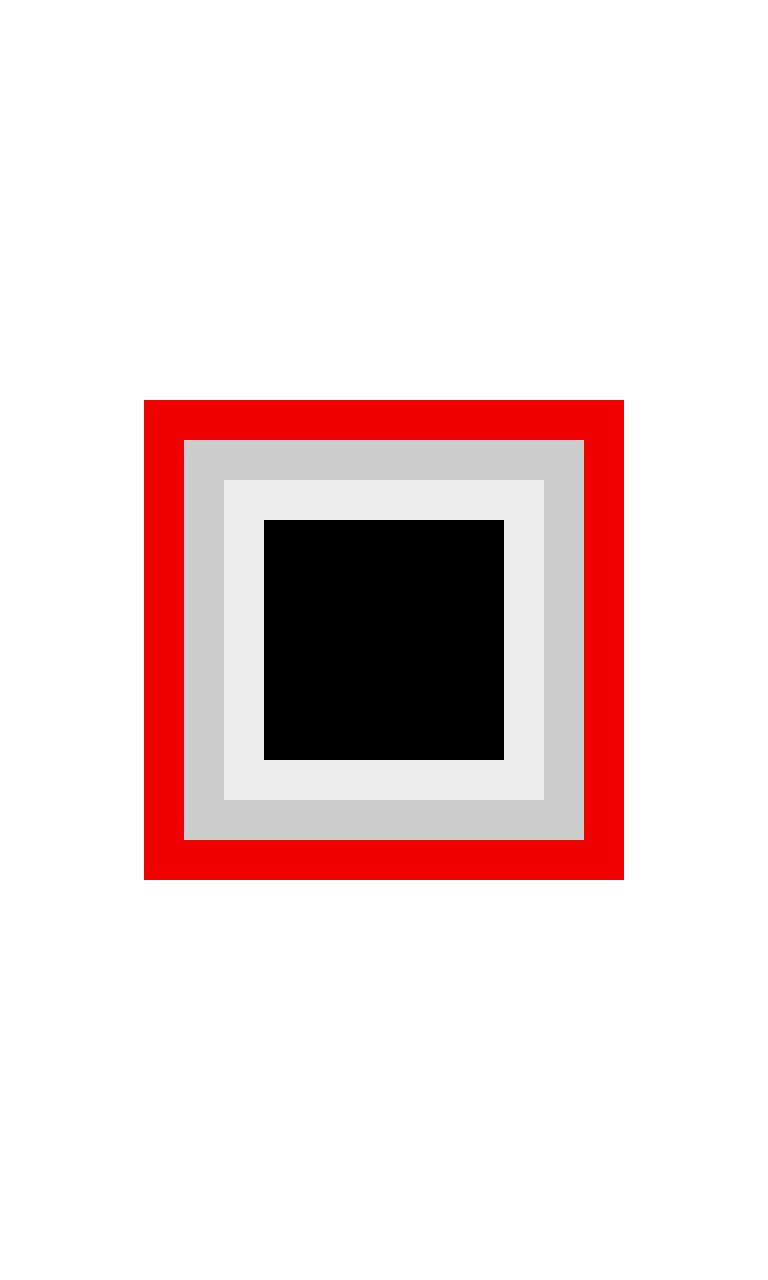
Repository: qwer2714856/Android_learn
Layout: frameLayout/res/layout/activity_main.xml
The author's editor kept a copy of each file at every save. The layout is drawn from the files as they stood at one save, then again after the next save.
It is drawn on a 768 x 1280 px phone screen (xhdpi) without system bars, with theme AppTheme; the app's code is not run.

Above is the layout before, as saved 2015-09-30 06:12:03.

### frameLayout/res/layout/activity_main.xml
<FrameLayout xmlns:android="http://schemas.android.com/apk/res/android"
    xmlns:tools="http://schemas.android.com/tools"
    android:layout_width="match_parent"
    android:layout_height="match_parent"
    tools:context="com.theadventus.framelayout.MainActivity" >

    <TextView
        android:layout_width="240dp"
        android:layout_height="240dp"
        android:background="#f00000"
        android:layout_gravity="center"
        />
    <TextView
        android:layout_width="200dp"
        android:layout_height="200dp"
        android:background="#cccccc"
        android:layout_gravity="center"
        />
    <TextView
        android:layout_width="160dp"
        android:layout_height="160dp"
        android:background="#eeeeee"
        android:layout_gravity="center"
        />
    <TextView
        android:layout_width="120dp"
        android:layout_height="120dp"
        android:background="#000000"
        android:layout_gravity="center"
        />

</FrameLayout>

Loaded but not shown: frameLayout/res/values/styles.xml (common file); frameLayout/res/values-v11/styles.xml (common file); frameLayout/res/values-v14/styles.xml (common file)

After the next save:
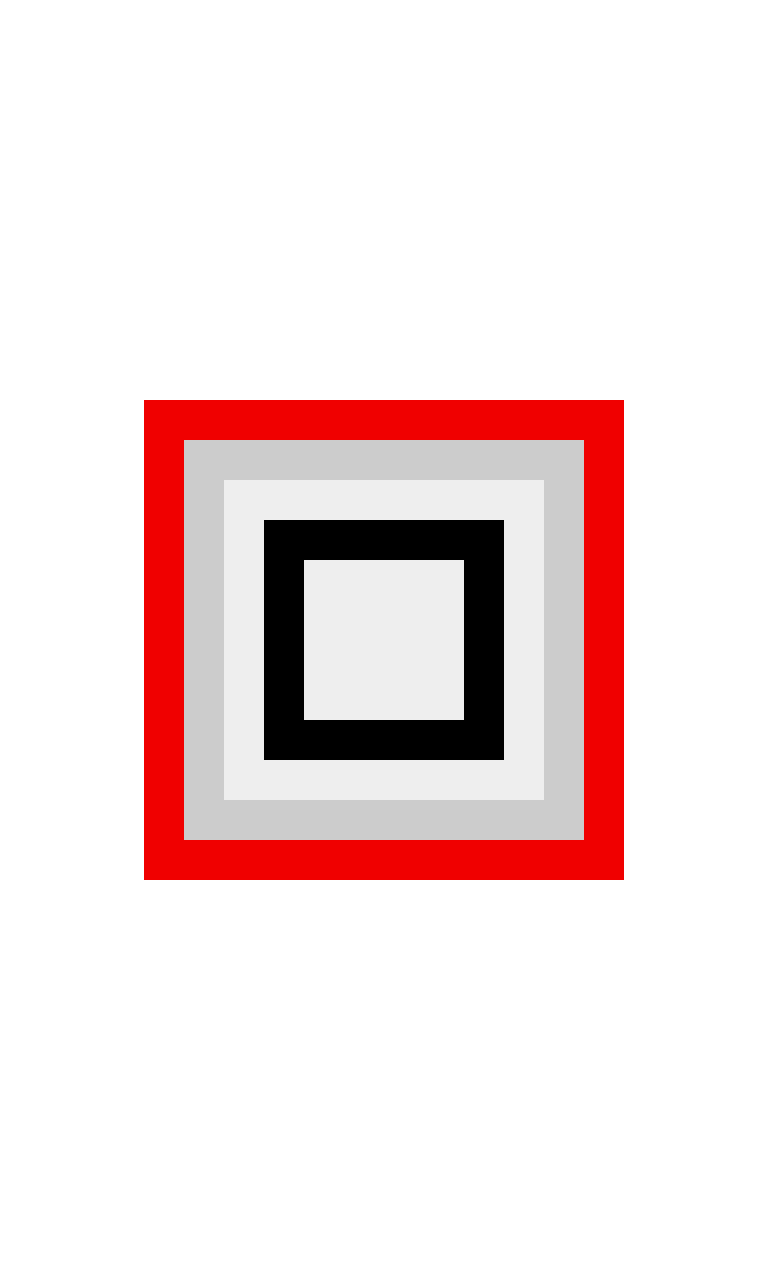
Saved 12 s later.
--- a/frameLayout/res/layout/activity_main.xml
+++ b/frameLayout/res/layout/activity_main.xml
@@ -28,5 +28,10 @@
         android:background="#000000"
         android:layout_gravity="center"
         />
-
+	<TextView
+        android:layout_width="80dp"
+        android:layout_height="80dp"
+        android:background="#eeeeee"
+        android:layout_gravity="center"
+        />
 </FrameLayout>
